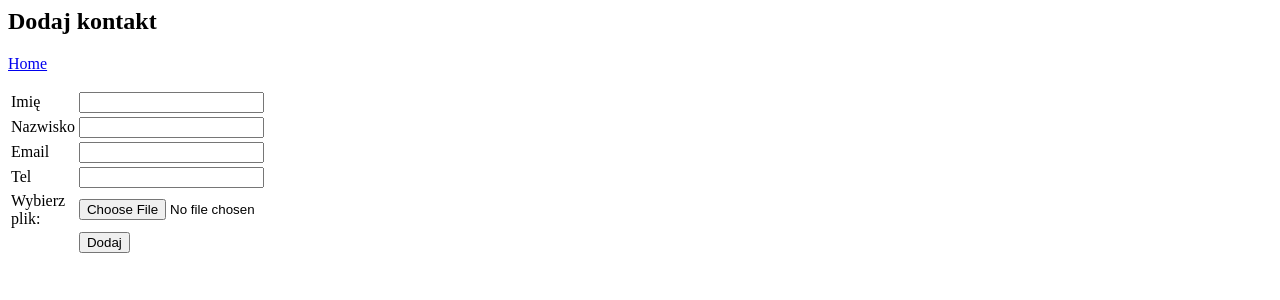
Repository: mkasus/crudCSV
Page: http://localhost/add.php
An editor plug-in stored every save of this project. The page is shown before and after the next save, followed by the edit.
The browser window is 1280 px wide. The pictures show the whole page.
The page is run by PHP 8.4 with error messages shown; the project is at /var/www/html/.

Above is the page before, as saved 2024-03-27 18:30:24.

After the next save:
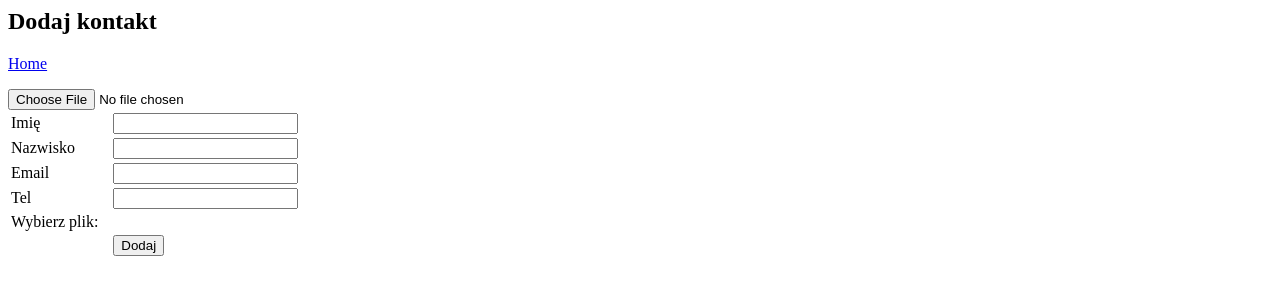
Saved 10 s later.
--- a/add.php
+++ b/add.php
@@ -30,7 +30,8 @@
 			<tr>
 			<td>
 				<label for="myfile"> Wybierz plik:</label></td>
-			<td>	<input type="file" id="myfile" name="file"></td>
+				<input type="file" id="myfile" name="file"></td>
+			<td>
 			</tr>
 			<tr>
 				<td></td>
